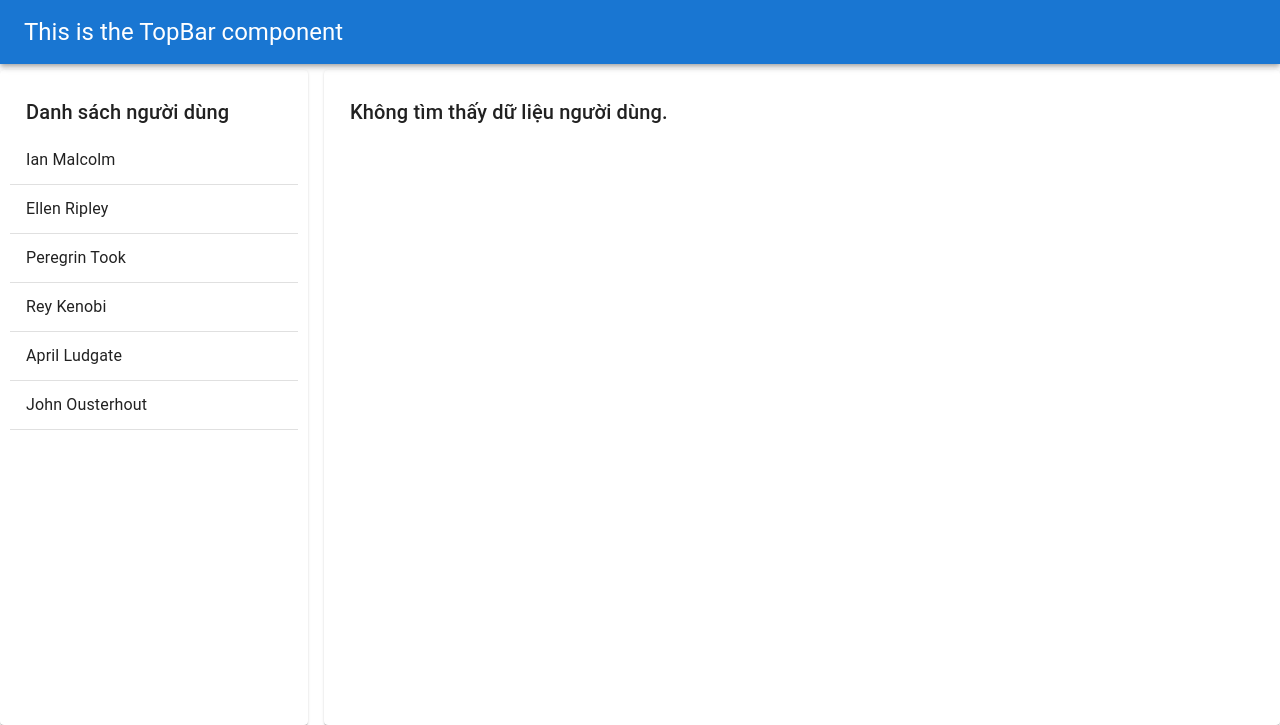
Repository: RubyScarIet/TruocKetThucLab2
Page: /users/57231f1a30e4351f4e9f4bd7
An editor plug-in stored every save of this project. The page is shown before and after the next save, followed by the edit.
The browser window is 1280 px wide. The pictures show the whole page.
The page's requests for data from a server got no answer. The project was rebuilt for these pictures with package versions that can differ from the ones it lists, and the page was loaded fresh each time. No one was signed in, and anything a server would have sent is missing. Also part of the build but not shown: src/modelData/models.js, src/components/UserPhotos/index.jsx.

Above is the page before, as saved 2026-04-05 09:22:12.

After the next save:
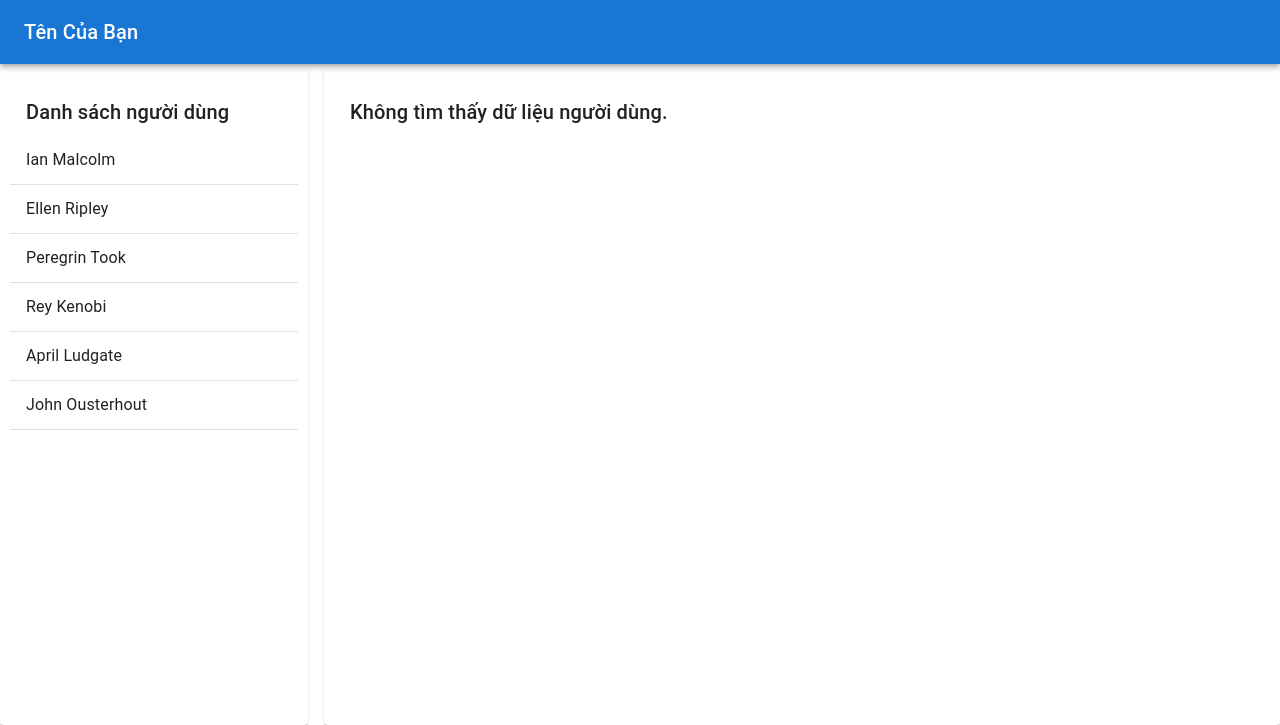
Saved 23 s later.
--- a/src/components/TopBar/index.jsx
+++ b/src/components/TopBar/index.jsx
@@ -1,21 +1,39 @@
-import React from "react";
+import React, { useState, useEffect } from "react";
 import { AppBar, Toolbar, Typography } from "@mui/material";
+import { useLocation } from "react-router-dom";
+import fetchModel from "../../lib/fetchModelData";
 
-import "./styles.css";
+function TopBar() {
+  const location = useLocation();
+  const [userName, setUserName] = useState("");
 
-/**
- * Define TopBar, a React component of Project 4.
- */
-function TopBar () {
-    return (
-      <AppBar className="topbar-appBar" position="absolute">
-        <Toolbar>
-          <Typography variant="h5" color="inherit">
-            This is the TopBar component
-          </Typography>
-        </Toolbar>
-      </AppBar>
-    );
+  // Lấy ID từ URL: /users/5723... hoặc /photos/5723...
+  const pathParts = location.pathname.split("/");
+  const userId = pathParts[2];
+  const isPhotos = pathParts[1] === "photos";
+
+  useEffect(() => {
+    if (userId) {
+      fetchModel(`/user/${userId}`)
+        .then((response) => {
+          setUserName(`${response.data.first_name} ${response.data.last_name}`);
+        })
+        .catch(() => setUserName(""));
+    } else {
+      setUserName("");
+    }
+  }, [userId]);
+
+  return (
+    <AppBar position="absolute">
+      <Toolbar sx={{ display: 'flex', justifyContent: 'space-between' }}>
+        <Typography variant="h6">Tên Của Bạn</Typography>
+        <Typography variant="h6">
+          {userId ? (isPhotos ? `Photos of ${userName}` : userName) : ""}
+        </Typography>
+      </Toolbar>
+    </AppBar>
+  );
 }
 
 export default TopBar;
